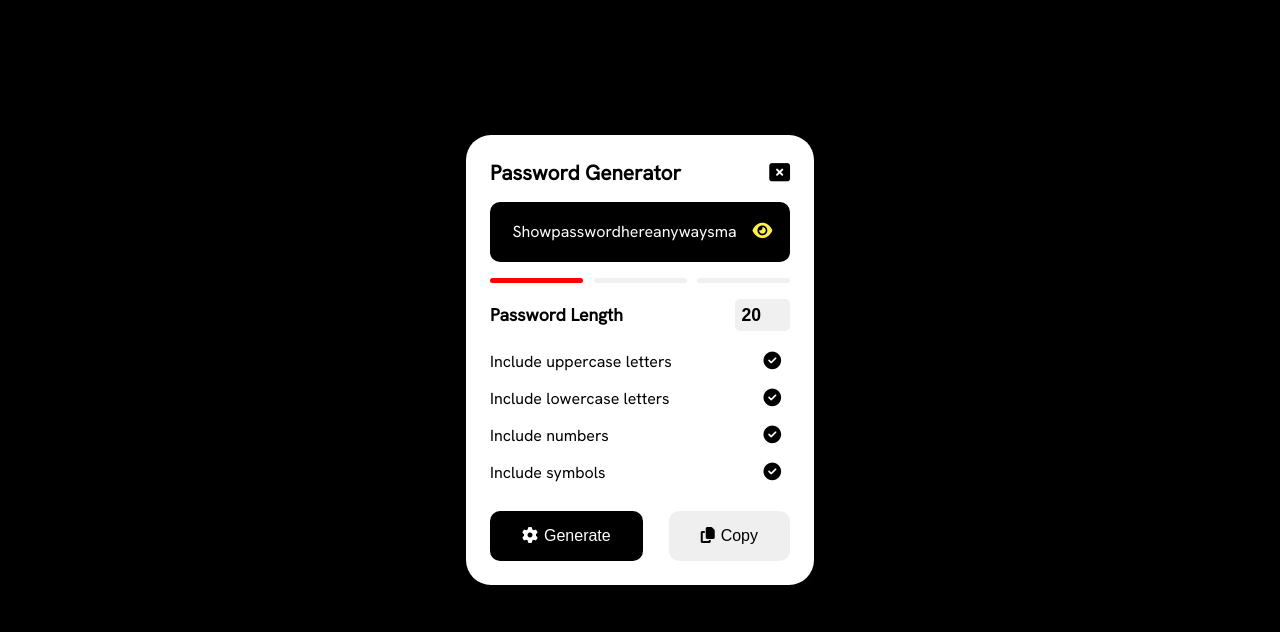
Repository: emiliaiwu/password_generator
Page: index.html
An editor plug-in stored every save of this project. The page is shown before and after a run of saves, followed by the edit.
The browser window is 1280 px wide. The pictures show the whole page.
Some web libraries are served in a nearby version.

Above is the page before, as saved 2022-12-15 20:05:54.

### index.html
<!DOCTYPE html>
<html lang="en">
<head>
    <meta charset="UTF-8">
    <meta http-equiv="X-UA-Compatible" content="IE=edge">
    <meta name="viewport" content="width=device-width, initial-scale=1.0">
    <link rel="stylesheet" href="style.css">
    <script src="https://kit.fontawesome.com/fd9c36575f.js" crossorigin="anonymous"></script>
    <title>Password Generator</title>
</head>
<body>
    <div class="container">
        <div class="title">
            <h2>Password Generator</h2>
            <i class="fa-solid fa-rectangle-xmark clear"></i>
        </div>

        <div class="display_password">
            <span class="result">Showpasswordhereanywaysma</span>
            <span class="hide">
                <i class="fa-solid fa-eye hidebtn fa-eye-slash"></i>
                <!-- <i class="fa-solid fa-eye-slash"></i> -->
            </span>
        </div>
        <div class="strength">
            <span class="weak"></span>
            <span class="medium"></span>
            <span class="strong"></span>
        </div>

        <div class="password_attributes">
            <div class="password_length">
                <label>Password Length</label>
                <input type="number" id="length" min="1" max="25" value="20">
            </div>
            <div class="password_includes">
                <ul>
                    <li class="list">
                        <label for="uppercase" id="uppercase_letters">Include uppercase letters
                            <input type="checkbox" name="uppercase" id="uppercase" class="uppercase" checked>
                            <i class="fa-solid fa-circle"></i>
                            <i class="fa-solid fa-circle-check"></i>
                        </label>
                    </li>
                    <li class="list">
                        <label for="lowercase" id="lowercase_letters">Include lowercase letters
                            <input type="checkbox" name="lowercase" id="lowercase" class="lowercase" checked>
                            <i class="fa-solid fa-circle"></i>
                            <i class="fa-solid fa-circle-check"></i>
                        </label>
                    </li>
                    <li class="list">
                        <label for="numbers" id="include_numbers">Include numbers
                            <input type="checkbox" name="numbers" id="numbers" class="numbers" checked>
                            <i class="fa-solid fa-circle"></i>
                            <i class="fa-solid fa-circle-check"></i>
                        </label>

                    </li>
                    <li class="list">
                        <label for="symbols" id="include_symbols">Include symbols
                             <input type="checkbox" name="symbols" id="symbols" class="symbols" checked>
                            <i class="fa-solid fa-circle"></i>
                            <i class="fa-solid fa-circle-check"></i>
                        </label>

                    </li>
                </ul>
            </div>
        </div>

        <div class="cta">
            <button class="btn generate"><i class="fa-solid fa-gear"></i>Generate</button>
            <button class="btn copy"><i class="fa-solid fa-copy"></i>Copy</button>
        </div>
    </div>
<script src="script.js"></script>
</body>
</html>

### style.css
@import url('https://fonts.googleapis.com/css2?family=Hanken+Grotesk:wght@300;400&display=swap');


* {
    margin: 0;
    padding: 0;
    box-sizing: border-box;
    list-style-type: none;
}


:root {
    --BG-COLOR: #fff;
    --BG-COLOR2: #000000;
    --BG-COLOR3: #4d08d8;
    --FONT-COLOR: #000;
    --FONT-COLOR2: #FFF;
}


body {
    width: 100vw;
    height: 100vh;
    font-family: 'Hanken Grotesk', sans-serif;
    display: flex;
    align-items: center;
    justify-content: center;
    color: var(--FONT-COLOR);
    background-color: var(--BG-COLOR2);

}

.container {
    background-color: var(--BG-COLOR);
    display: flex;
    flex-direction: column;
    align-items: left;
    justify-content: space-between;
    gap: 1rem;
    padding: 1.5rem;
    border-radius: 25px;
    box-shadow: 1px 4px 5px 1px rgba(5, 5, 5, 0.35);
    -webkit-box-shadow: 1px 4px 5px 1px rgba(9, 9, 9, 0.35);

}


/* FONT */
h2 {
   font-size: 1.3rem;
   font-family: inherit;
}




/* FLEX */
.title,
label,
.password_length,
.cta,
.strength {
    display: flex;
    align-items: center;
    justify-content: space-between;
}

/* CLEAR BUTTON */
.fa-rectangle-xmark {
    font-size: 1.3rem;
    cursor: pointer;
}



/* DISPLAY PASSWORD */

.display_password {
    padding: 1.2rem 1.1rem 1.2rem 1.4rem;
    width: 300px;
    border-radius: 10px;
    background: var(--BG-COLOR2);
    color: var(--FONT-COLOR2);
    overflow: hidden;
    text-align: center;
    display: flex;
    align-items: center;
    justify-content: space-between;

}

.hide i{
    font-size: 1.1rem;
    color: rgb(255, 240, 79);
}

.fa-eye-slash {
    display: none;
    transition: 0.15s ease;
}


.result {
    font-size: 1rem;
    word-wrap: break-word;
    text-align: center;
}


/* Strength */
.strength {
    width: 100%;
}

.strength span {
    width: 31%;
    height: 5px;
    background-color: #f0f0f0;
    border-radius: 10px;
}

.strength .weak {
    background-color: red;
}




/* PASSWORD LENGTH */
.password_length {
    margin-bottom: 1rem;
}


.password_length label {
    font-size: 1.1rem;
    font-weight: 600;
    font-family: inherit;
}

.password_length input[type="number"] {
    width: 55px;
    padding: .4rem .4rem .3rem .4rem;
    font-size: 1.1rem;
    border: 2px solid var(--FONT-COLOR);
    border-radius: 5px;
    border: none;
    font-weight: 600;
    color: var(--FONT-COLOR);
    background-color: #f0f0f0;
}

.password_length input[type="number"]:focus {
    outline: none;
}



/* LIST ATTRIBUTES */
.list {
    margin-top: .5rem;
}

.list input[type="checkbox"] {
    padding: 1rem;
}

/* Hide the checkbox */
.list input {
    opacity: 0;
    cursor: pointer;
    margin: .5rem;
}

label {
     position: relative;
}

.list .fa-solid {
    position: absolute;
    top: 50%;
    right: 0;
    transform: translate(-50%, -50%);
    color: var(--BG-COLOR2);
    font-size: 1.1rem;
    cursor: pointer;
}

.fa-circle-check{
    opacity: 0;
}

/* CHECKED */
.list input:checked ~ .fa-circle-check {
    opacity: 1;
    transition: opacity .2s ease;
}

.list input:checked ~ .fa-circle {
    opacity: 0;
     transition: opacity .2s ease;
}


/* BUTTON */
.btn {
    margin-top: .5rem;
    padding: 1rem 2rem;
    font-size: 1rem;
    border: none;
    border-radius: 10px;
    cursor: pointer;

}

.generate {
    background-color: var(--BG-COLOR2);
    color: var(--FONT-COLOR2);
}

.generate:hover i{
    transform: rotate(180deg);
    transition: transform .4s ease;
}

.generate:focus {
    background-color: #38079c;
    outline: none;
}

.copy:focus {
    outline: none;
}

.btn .fa-solid {
    margin-right: 6px;
}

### script.js
'use strict';

// Select Elements
const clear = document.querySelector('.clear');
const resultEl = document.querySelector('.result');
const lengthEl = document.getElementById('length');
const uppercaseEl = document.getElementById('uppercase');
const lowercaseEl = document.getElementById('lowercase');
const numbersEl = document.getElementById('numbers');
const symbolsEl = document.getElementById('symbols');
const generateBtn = document.querySelector('.generate');
const copyBtn = document.querySelector('.copy');
const hide = document.querySelector('.hide');


// Variables
let allUppercase = '';
let allLowercase = '';
let allNumbers = '';
const allSymbols = '~!@#$%^&*()_-+={}[]|;:<>.,/?';



hide.addEventListener('click', () => {
	const hidebtn = document.querySelector('.hidebtn');
	hidebtn.classList.toggle('fa-eye');
})



// Generate Randoms Functions
const getRandomUppercase = () => {
    return String.fromCharCode(Math.floor(Math.random() * 26) + 65);
};

const getRandomLowercase = () => {
	return String.fromCharCode(Math.floor(Math.random() * 26) + 97);
};

const getRandomNumbers = () => {
	return String.fromCharCode(Math.floor(Math.random() * 10) + 48);
};

const getRandomSymbols = () => {
	const symbols = '~!@#$%^&*()_-+={}[]|\;:<>.,/?';
	return symbols[Math.floor(Math.random() * symbols.length)];
};



// Get the characters
		// const getUppercase = () => {
		// 	for (let i = 65; i < 91; i++) {
		// 		allUppercase = allUppercase.concat(String.fromCharCode(i));
		// 	}
		// }
		// getUppercase();

		// const getLowercase = () => {
		// 	allLowercase = allUppercase.toLowerCase();
		// }
		// getLowercase();

		// const getNumbers = () => {
		// 	for (let i = 48; i < 58; i++) {
		// 		allNumbers = allNumbers.concat(String.fromCharCode(i));
		// 	}
		// }
		// getNumbers();

		// const allCharacters = allUppercase + allLowercase + allNumbers + allSymbols;
		// console.log(allCharacters);

		// console.log(allNumbers);


// Give Functions a Key
const randomFunctions = {
	uppercase: getRandomUppercase,
	lowercase: getRandomLowercase,
	numbers: getRandomNumbers,
	symbols: getRandomSymbols,
};


// Add EventListener to Generate
generateBtn.addEventListener('click', () => {
	const length = +lengthEl.value;
	const hasUppercase = uppercaseEl.checked;
	const hasLowercase = uppercaseEl.checked;
	const hasNumbers = numbersEl.checked;
	const hasSymbols = symbolsEl.checked;
	console.log(hasLowercase, hasNumbers, hasSymbols, hasUppercase, length);
});

After the next 2 saves:
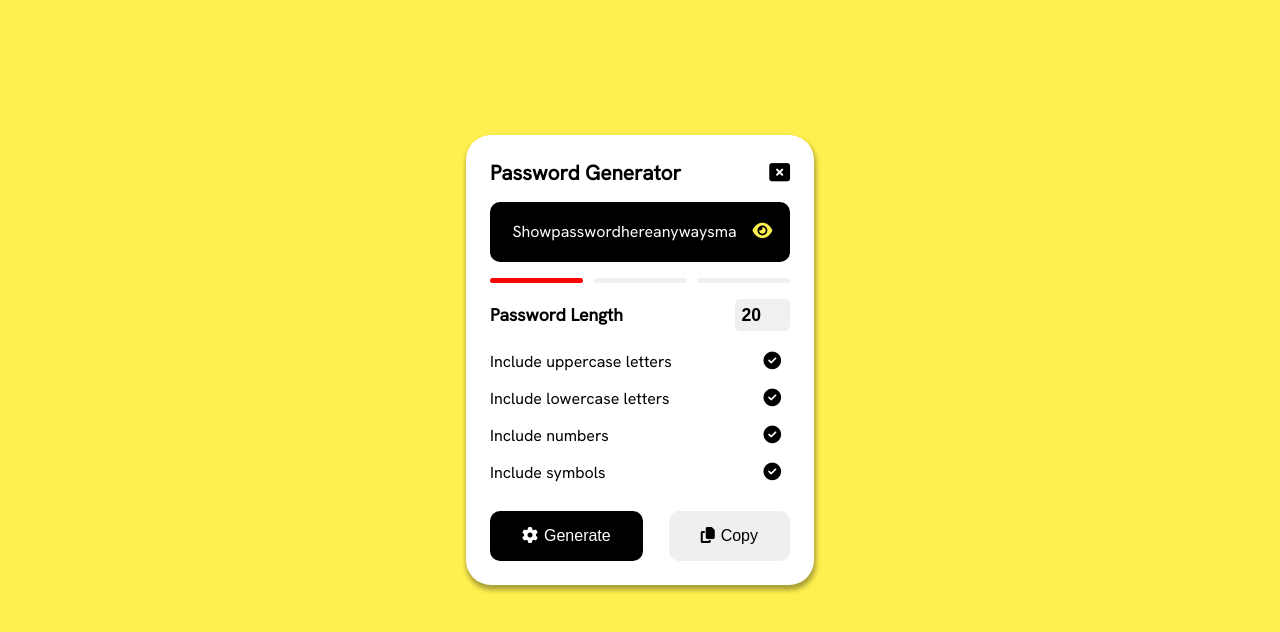
The 2 saves are shown as one change because they came seconds apart.
The last was saved 62 s later.
--- a/style.css
+++ b/style.css
@@ -26,7 +26,7 @@ body {
     align-items: center;
     justify-content: center;
     color: var(--FONT-COLOR);
-    background-color: var(--BG-COLOR2);
+    background-color: rgb(255, 240, 79);
 
 }
 
